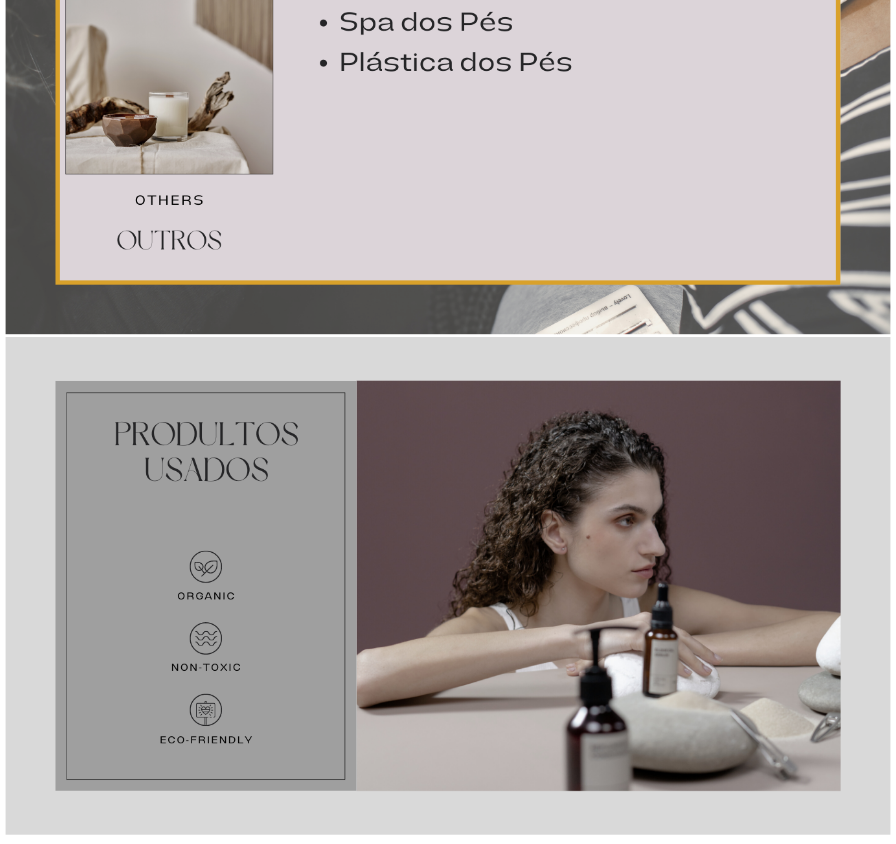
Repository: marllon-hetzler/Site-Duffhaus-studiodebeleza
Page: home.html
The author's editor kept a copy of each file at every save. The page is drawn from the files as they stood at one save, then again after the next save.
The browser window is 1280 px wide. The pictures show the part of the page from y = 4528 to 6448 px (the page is 5733 px tall before and 6448 px after), at 70% of full size.

Above is the page before, as saved 2023-02-20 12:56:48.

After the next save:
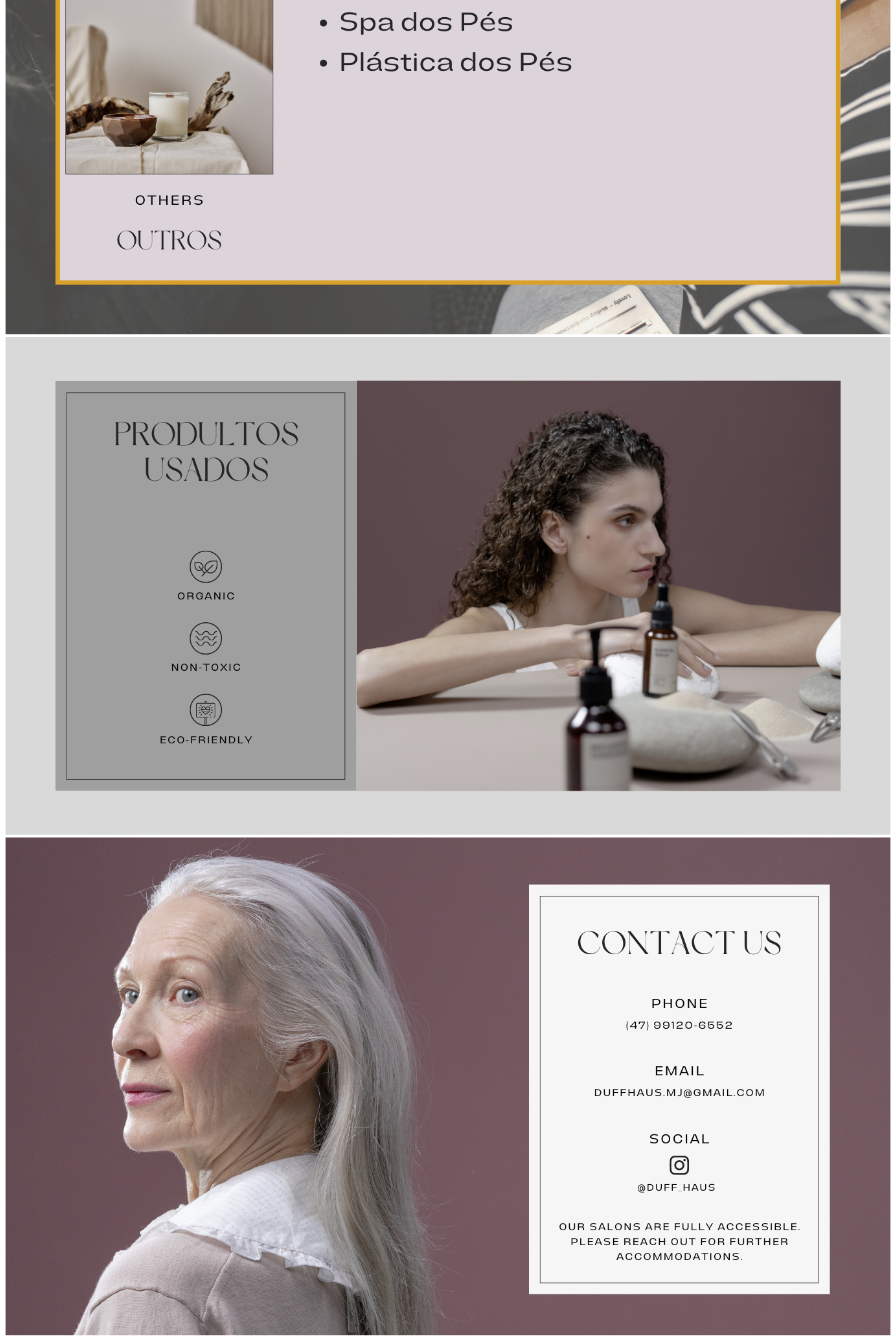
Saved 2 min 4 s later.
--- a/home.html
+++ b/home.html
@@ -18,6 +18,8 @@
         <img src="png/6.png" class="png">
         <img src="png/7.png" class="png">
         <img src="png/8.png" class="png">
+        <img src="png/Contact.png" class="png">
+
 
     </div>
 
